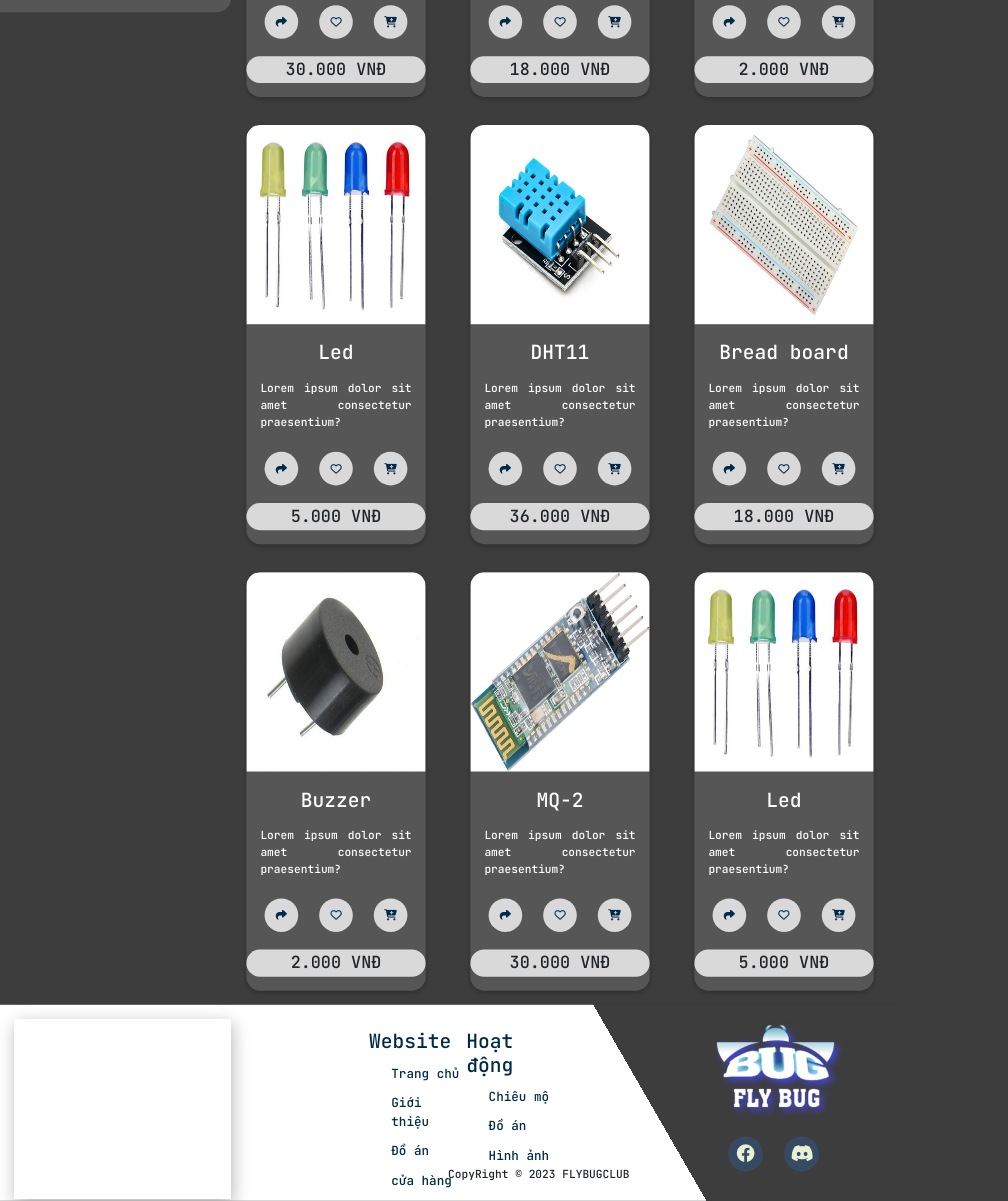
Repository: NQD2308/FlyBugClub_WebApp
Page: PROJECT FLYNUG/html/store.html
An editor plug-in stored every save of this project. The page is shown before and after the next save, followed by the edit.
The browser window is 1280 px wide. The page is 1440 px wide, so the pictures cover 1440 px, including what lies to the right of the window. The pictures show the part of the page from y = 958 to 2678 px (the page is 2674 px tall before and 2678 px after), at 70% of full size.
Pictures or frames that could not be fetched are drawn as grey boxes.

Above is the page before, as saved 2023-09-18 11:36:30.

### PROJECT FLYNUG/html/store.html
<html lang="en">

<head>
    <meta charset="UTF-8">
    <meta name="viewport" content="width=device-width, initial-scale=1.0">
    <title>Document</title>

    <!-- Bootrap 5 -->
    <link href="https://cdn.jsdelivr.net/npm/bootstrap@5.0.2/dist/css/bootstrap.min.css" rel="stylesheet" integrity="sha384-EVSTQN3/azprG1Anm3QDgpJLIm9Nao0Yz1ztcQTwFspd3yD65VohhpuuCOmLASjC" crossorigin="anonymous">

    <!-- Font awesome -->
    <link rel="stylesheet" href="https://cdnjs.cloudflare.com/ajax/libs/font-awesome/6.4.2/css/all.min.css" integrity="sha512-z3gLpd7yknf1YoNbCzqRKc4qyor8gaKU1qmn+CShxbuBusANI9QpRohGBreCFkKxLhei6S9CQXFEbbKuqLg0DA==" crossorigin="anonymous" referrerpolicy="no-referrer" />

    <!-- CSS -->
    <link rel="stylesheet" href="../css/style.css">
    <!-- Reset -->
    <link rel="stylesheet" href="../css/default_setting.css">

    <!-- JetBrains Mono font -->
    <link rel="preconnect" href="https://fonts.googleapis.com">
    <link rel="preconnect" href="https://fonts.gstatic.com" crossorigin>
    <link
        href="https://fonts.googleapis.com/css2?family=JetBrains+Mono:ital,wght@0,300;0,500;0,600;0,700;0,800;1,400&display=swap"
        rel="stylesheet">
</head>

<body>
    <!-- ========================
                #HEADER
        ========================-->
    <header>
        <div class="nav">
            <div class="nav__links">
                <ul class="nav__links-left">
                    <li><a class="active" href="#">Trang chủ</a></li>
                    <li><a href="#">Giới thiệu</li>
                    <li><a href="#">Đồ án</a></li>
                    <li><a href="#">Cửa hàng</a></li>
                </ul>
            </div>
            <div class="logo">
                <img src="../img/logo.png" alt="FlyBug logo">
            </div>
            <div class="nav__links">
                <ul class="nav__links-right">
                    <li><a href="#">Hình ảnh</a></li>
                    <li><a href="#">Chiêu mộ</a></li>
                    <li class="login"><a href="#">Đăng nhập</a></li>
                    <li class="login-Img">
                        <a href="#"><img src="../img/user.png" alt=""></a>
                    </li>
                </ul>
            </div>
        </div>
        <div class="text-logo">
            <img  src="../img/FLYBUG CLUB.png" alt="Photo logo">
        </div>
    </header>

    <section class="body">
        <div class="container">
            <div class="row">
                <div class="col col-md-3 left">
                    <div class="search">
                        <div class="store-note">
                            <p>Lorem ipsum dolor sit amet consectetur adipisicing elit. Dolorem placeat nobis aliquid culpa quasi vero ipsam pariatur quidem ex error, unde expedita minus aspernatur quos nihil, ad assumenda repellat alias.</p>
                        </div>
                        <div class="center">
                            <svg xmlns="http://www.w3.org/2000/svg" width="261" height="4" viewBox="0 0 261 4" fill="none">
                                <path d="M1 2.96216L260.993 0.99995" stroke="#3D3D3D" stroke-opacity="0.8"/>
                            </svg>
                        </div>
                        <div class="shopping-function">
                            <p>Kiểm tra giỏ hàng</p>
                            <div class="center ">
                                <button class="icon-shopping">
                                    <a href="#">
                                        <i class="fa-solid fa-cart-shopping"></i>
                                    </a>
                                </button>
                            </div>
                            <p>Hoặc tìm kiếm sản phẩm</p>
                            <div class="center">
                                <input type="text" placeholder="Tìm kiếm...">
                            </div>
                        </div>
                    </div>
                </div>
                <div class="col col-md-9 right">
                    <div class="store">
                        <h1>Cửa hàng</h1>
                        <div class="item-store">
                            <div class="row">
                                <div class="col col-md-4">
                                    <div class="item-card">
                                        <img src="../img/bluth.jpg" alt="Photo item store">
                                        <h3>MQ-2</h3>
                                        <p>Lorem ipsum dolor sit amet consectetur praesentium?</p>
                                        <div class="center icon-card">
                                            <button class="icon icon-share">
                                                <a href="#">
                                                    <i class="fa-solid fa-share"></i>
                                                </a>
                                            </button>
                                            <button class="icon icon-love">
                                                <a href="#">
                                                    <i class="fa-regular fa-heart"></i>
                                                </a>
                                            </button>
                                            <button class="icon icon-share">
                                                <a href="#">
                                                    <i class="fa-solid fa-cart-plus"></i>
                                                </a>
                                            </button>
                                        </div>
                                        <div class="center item-price">
                                            <h2>30.000 VNĐ</h2>
                                        </div>
                                    </div>
                                </div>
                                <div class="col col-md-4">
                                    <div class="item-card">
                                        <img src="../img/breadboard.jpg" alt="Photo item store">
                                        <h3>Bread board</h3>
                                        <p>Lorem ipsum dolor sit amet consectetur praesentium?</p>
                                        <div class="center icon-card">
                                            <button class="icon icon-share">
                                                <a href="#">
                                                    <i class="fa-solid fa-share"></i>
                                                </a>
                                            </button>
                                            <button class="icon icon-love">
                                                <a href="#">
                                                    <i class="fa-regular fa-heart"></i>
                                                </a>
                                            </button>
                                            <button class="icon icon-share">
                                                <a href="#">
                                                    <i class="fa-solid fa-cart-plus"></i>
                                                </a>
                                            </button>
                                        </div>
                                        <div class="center item-price">
                                            <h2>18.000 VNĐ</h2>
                                        </div>
                                    </div>
                                </div>
                                <div class="col col-md-4">
                                    <div class="item-card">
                                        <img src="../img/buzzer.jpg" alt="Photo item store">
                                        <h3>Buzzer</h3>
                                        <p>Lorem ipsum dolor sit amet consectetur praesentium?</p>
                                        <div class="center icon-card">
                                            <button class="icon icon-share">
                                                <a href="#">
                                                    <i class="fa-solid fa-share"></i>
                                                </a>
                                            </button>
                                            <button class="icon icon-love">
                                                <a href="#">
                                                    <i class="fa-regular fa-heart"></i>
                                                </a>
                                            </button>
                                            <button class="icon icon-share">
                                                <a href="#">
                                                    <i class="fa-solid fa-cart-plus"></i>
                                                </a>
                                            </button>
                                        </div>
                                        <div class="center item-price">
                                            <h2>2.000 VNĐ</h2>
                                        </div>
                                    </div>
                                </div>
                                <div class="col col-md-4">
                                    <div class="item-card">
                                        <img src="../img/led.jpg" alt="Photo item store">
                                        <h3>Led</h3>
                                        <p>Lorem ipsum dolor sit amet consectetur praesentium?</p>
                                        <div class="center icon-card">
                                            <button class="icon icon-share">
                                                <a href="#">
                                                    <i class="fa-solid fa-share"></i>
                                                </a>
                                            </button>
                                            <button class="icon icon-love">
                                                <a href="#">
                                                    <i class="fa-regular fa-heart"></i>
                                                </a>
                                            </button>
                                            <button class="icon icon-share">
                                                <a href="#">
                                                    <i class="fa-solid fa-cart-plus"></i>
                                                </a>
                                            </button>
                                        </div>
                                        <div class="center item-price">
                                            <h2>5.000 VNĐ</h2>
                                        </div>
                                    </div>
                                </div>
                                <div class="col col-md-4">
                                    <div class="item-card">
                                        <img src="../img/dht11.jpg" alt="Photo item store">
                                        <h3>DHT11</h3>
                                        <p>Lorem ipsum dolor sit amet consectetur praesentium?</p>
                                        <div class="center icon-card">
                                            <button class="icon icon-share">
                                                <a href="#">
                                                    <i class="fa-solid fa-share"></i>
                                                </a>
                                            </button>
                                            <button class="icon icon-love">
                                                <a href="#">
                                                    <i class="fa-regular fa-heart"></i>
                                                </a>
                                            </button>
                                            <button class="icon icon-share">
                                                <a href="#">
                                                    <i class="fa-solid fa-cart-plus"></i>
                                                </a>
                                            </button>
                                        </div>
                                        <div class="center item-price">
                                            <h2>36.000 VNĐ</h2>
                                        </div>
                                    </div>
                                </div>
                                <div class="col col-md-4">
                                    <div class="item-card">
                                        <img src="../img/breadboard.jpg" alt="Photo item store">
                                        <h3>Bread board</h3>
                                        <p>Lorem ipsum dolor sit amet consectetur praesentium?</p>
                                        <div class="center icon-card">
                                            <button class="icon icon-share">
                                                <a href="#">
                                                    <i class="fa-solid fa-share"></i>
                                                </a>
                                            </button>
                                            <button class="icon icon-love">
                                                <a href="#">
                                                    <i class="fa-regular fa-heart"></i>
                                                </a>
                                            </button>
                                            <button class="icon icon-share">
                                                <a href="#">
                                                    <i class="fa-solid fa-cart-plus"></i>
                                                </a>
                                            </button>
                                        </div>
                                        <div class="center item-price">
                                            <h2>18.000 VNĐ</h2>
                                        </div>
                                    </div>
                                </div>
                                <div class="col col-md-4">
                                    <div class="item-card">
                                        <img src="../img/buzzer.jpg" alt="Photo item store">
                                        <h3>Buzzer</h3>
                                        <p>Lorem ipsum dolor sit amet consectetur praesentium?</p>
                                        <div class="center icon-card">
                                            <button class="icon icon-share">
                                                <a href="#">
                                                    <i class="fa-solid fa-share"></i>
                                                </a>
                                            </button>
                                            <button class="icon icon-love">
                                                <a href="#">
                                                    <i class="fa-regular fa-heart"></i>
                                                </a>
                                            </button>
                                            <button class="icon icon-share">
                                                <a href="#">
                                                    <i class="fa-solid fa-cart-plus"></i>
                                                </a>
                                            </button>
                                        </div>
                                        <div class="center item-price">
                                            <h2>2.000 VNĐ</h2>
                                        </div>
                                    </div>
                                </div>
                                <div class="col col-md-4">
                                    <div class="item-card">
                                        <img src="../img/bluth.jpg" alt="Photo item store">
                                        <h3>MQ-2</h3>
                                        <p>Lorem ipsum dolor sit amet consectetur praesentium?</p>
                                        <div class="center icon-card">
                                            <button class="icon icon-share">
                                                <a href="#">
                                                    <i class="fa-solid fa-share"></i>
                                                </a>
                                            </button>
                                            <button class="icon icon-love">
                                                <a href="#">
                                                    <i class="fa-regular fa-heart"></i>
                                                </a>
                                            </button>
                                            <button class="icon icon-share">
                                                <a href="#">
                                                    <i class="fa-solid fa-cart-plus"></i>
                                                </a>
                                            </button>
                                        </div>
                                        <div class="center item-price">
                                            <h2>30.000 VNĐ</h2>
                                        </div>
                                    </div>
                                </div>
                                <div class="col col-md-4">
                                    <div class="item-card">
                                        <img src="../img/led.jpg" alt="Photo item store">
                                        <h3>Led</h3>
                                        <p>Lorem ipsum dolor sit amet consectetur praesentium?</p>
                                        <div class="center icon-card">
                                            <button class="icon icon-share">
                                                <a href="#">
                                                    <i class="fa-solid fa-share"></i>
                                                </a>
                                            </button>
                                            <button class="icon icon-love">
                                                <a href="#">
                                                    <i class="fa-regular fa-heart"></i>
                                                </a>
                                            </button>
                                            <button class="icon icon-share">
                                                <a href="#">
                                                    <i class="fa-solid fa-cart-plus"></i>
                                                </a>
                                            </button>
                                        </div>
                                        <div class="center item-price">
                                            <h2>5.000 VNĐ</h2>
                                        </div>
                                    </div>
                                </div>
                            </div>
                        </div>
                    </div>
                </div>
            </div>
        </div>
    </section>

 <!-- ========================
                #FOOTER
        ========================-->
    <footer class="footer">
        <div class="footer-left">
            <iframe class="ggmap" src="https://www.google.com/maps/embed?pb=!1m18!1m12!1m3!1d15678.190787267133!2d106.64595238715819!3d10.769299600000005!2m3!1f0!2f0!3f0!3m2!1i1024!2i768!4f13.1!3m3!1m2!1s0x31752f7c8bf050ff%3A0x4fa87595d124cc0c!2zVHLGsOG7nW5nIMSQ4bqhaSBo4buNYyBIb2EgU2VuIC0gQ8ahIHPhu58gVGjDoG5oIFRow6Fp!5e0!3m2!1svi!2s!4v1691345035899!5m2!1svi!2s" width="500" height="250" style="border:1;" allowfullscreen="" loading="lazy" referrerpolicy="no-referrer-when-downgrade"></iframe>
        </div>
        <ul class="footer-center">
            <li>
                <h3>Website</h3>

                <ul class="box">
                    <li><a href="#">Trang chủ</a></li>
                    <li><a href="#">Giới thiệu</a></li>
                    <li><a href="#">Đồ án</a></li>
                    <li><a href="#">cửa hàng</a></li>
                </ul>
            </li>
            <li>
                <h3>Hoạt động</h3>

                <ul class="box">
                    <li><a href="#">Chiêu mộ</a></li>
                    <li><a href="#">Đồ án</a></li>
                    <li><a href="#">Hình ảnh</a></li>
                </ul>
            </li>
        </ul>
        <div class="footer-right">
            <div class="img-logo">
                <img src="../img/flybug.png" alt="">
            </div>
            <div class="socials">
                <a href="#"><i class="fa-brands fa-facebook"></i></a>
                <a href="#"><i class="fa-brands fa-discord"></i></a>
            </div>
        </div>

        <div class="footer-bottom">
            <p>CopyRight &copy; 2023 FLYBUGCLUB</p>
        </div>
    </footer>

</body>

</html>

Loaded but not shown: PROJECT FLYNUG/css/style.css (387 lines, source omitted); PROJECT FLYNUG/css/default_setting.css (84 lines, source omitted)

After the next save:
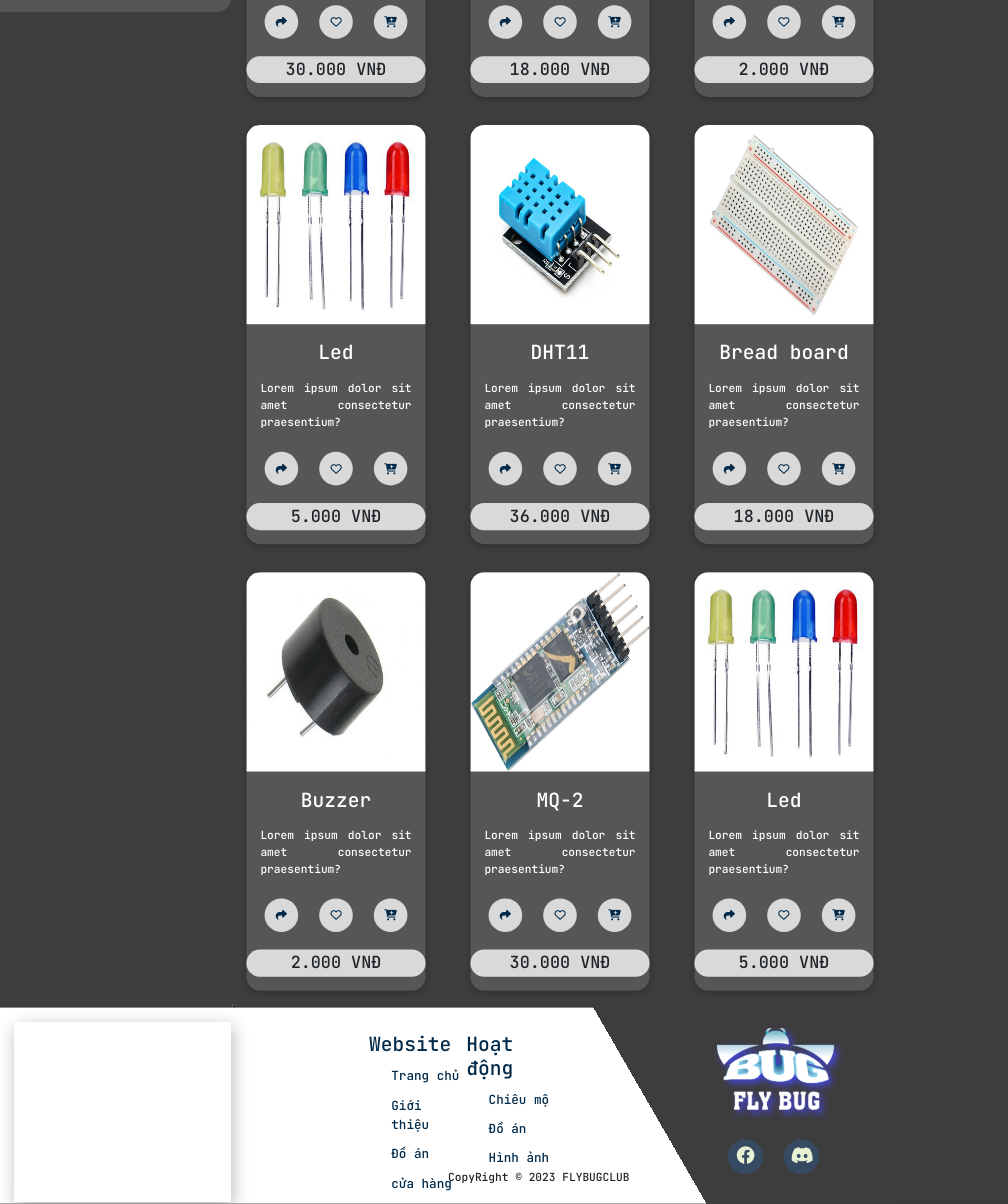
Saved 8 min 20 s later.
--- a/PROJECT FLYNUG/html/store.html
+++ b/PROJECT FLYNUG/html/store.html
@@ -336,6 +336,9 @@
                                 </div>
                             </div>
                         </div>
+                        <div class="pagination">
+                            <button class="btn1"></button>
+                        </div>
                     </div>
                 </div>
             </div>
